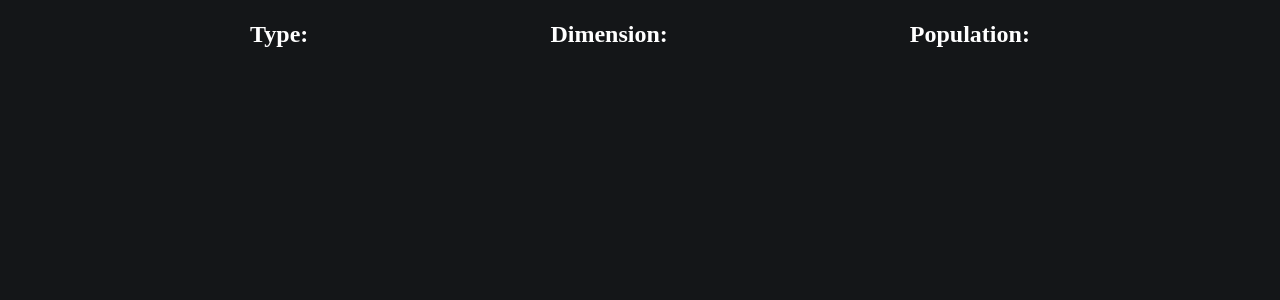
Repository: RobertAries28/ApiRickyMortin
Page: /
The author's editor kept a copy of each file at every save. The page is drawn from the files as they stood at one save, then again after the next save.
The browser window is 1280 px wide. The pictures show the whole page.
The page's requests for data from a server got no answer. The project was rebuilt for these pictures with package versions that can differ from the ones it lists, and the page was loaded fresh each time. No one was signed in, and anything a server would have sent is missing. Also part of the build but not shown: src/ResidentInfo.js.

Above is the page before, as saved 2022-04-29 00:36:48.

### src/index.css

body{
  background: #141618;
  color: white;
}

.information h1{
  font-weight: bold;
}

.information span{
  font-weight: 300;
}

.information_data{
  display: flex;
  justify-content: space-evenly;
}

.personaje{
  display: flex;
  justify-content: space-evenly;
  margin: 30px;
  background: #53575A;
}

.personaje h1,h2{
  margin: 0;
}

.personaje span{

  font-size: 20px;
}

.personajeList{
  display: flex;
  flex-wrap: wrap;
  justify-content: space-evenly;
}

### src/App.js

import './App.css';
import Locationinfo from './LocationInfo';

const App=() =>{
  return (
    <div className="App">
      <Locationinfo/>
    </div>
  );
}

export default App;

### src/LocationInfo.js
import axios from 'axios';
import React, { useEffect, useState } from 'react';
import './index.css';
import Residentslist from './ResidentsList';

const Locationinfo = () => {
     const [information,setInformation]= useState({})
    useEffect(()=>{
        const random= Math.floor(Math.random()*126)+1;
        axios.get(`https://rickandmortyapi.com/api/location/${random}`)
         .then(res=> setInformation(res.data));

    },[])

    console.log(information)
    return (
        <div className='information'>
            <h1>{information.name}</h1>
            <div className='information_data'>
            <h2>Type: <span>{information.type}</span></h2>
            <h2>Dimension: <span>{information.dimension}</span></h2>
            <h2>Population: <span>{information.residents?.length}</span></h2>
            </div>
            <Residentslist urls={information?.residents}/>
        </div>
    );
}

export default Locationinfo;

### src/ResidentsList.js
import React from 'react';
import Residentinfo from './ResidentInfo';
import './index.css';

const Residentslist = ({urls}) => {
    return (
        <div className='personajeList'>
            {
                urls?.map(url=>(
                    <Residentinfo information={url} key={url}/>
                ))
            }
        </div>
    );
}

export default Residentslist;

Loaded but not shown: public/index.html (common file); src/index.js (common file); src/App.css (common file)

After the next save:
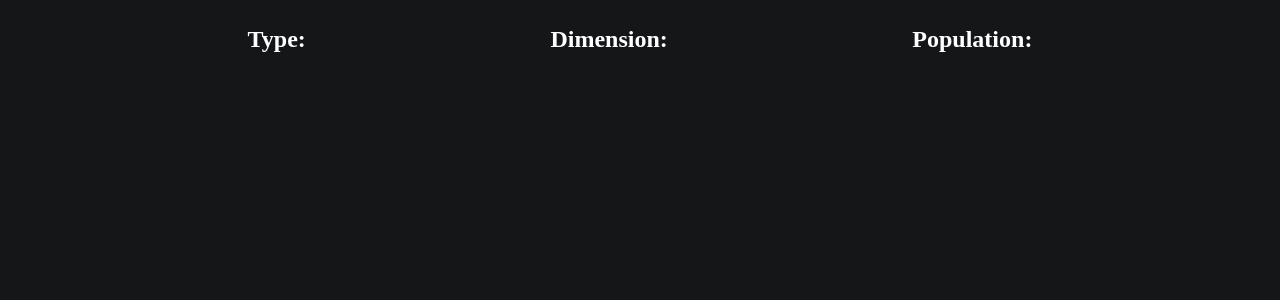
Saved 21 s later.
--- a/src/index.css
+++ b/src/index.css
@@ -25,7 +25,7 @@ body{
 }
 
 .personaje h1,h2{
-  margin: 0;
+  margin: 5px;
 }
 
 .personaje span{
